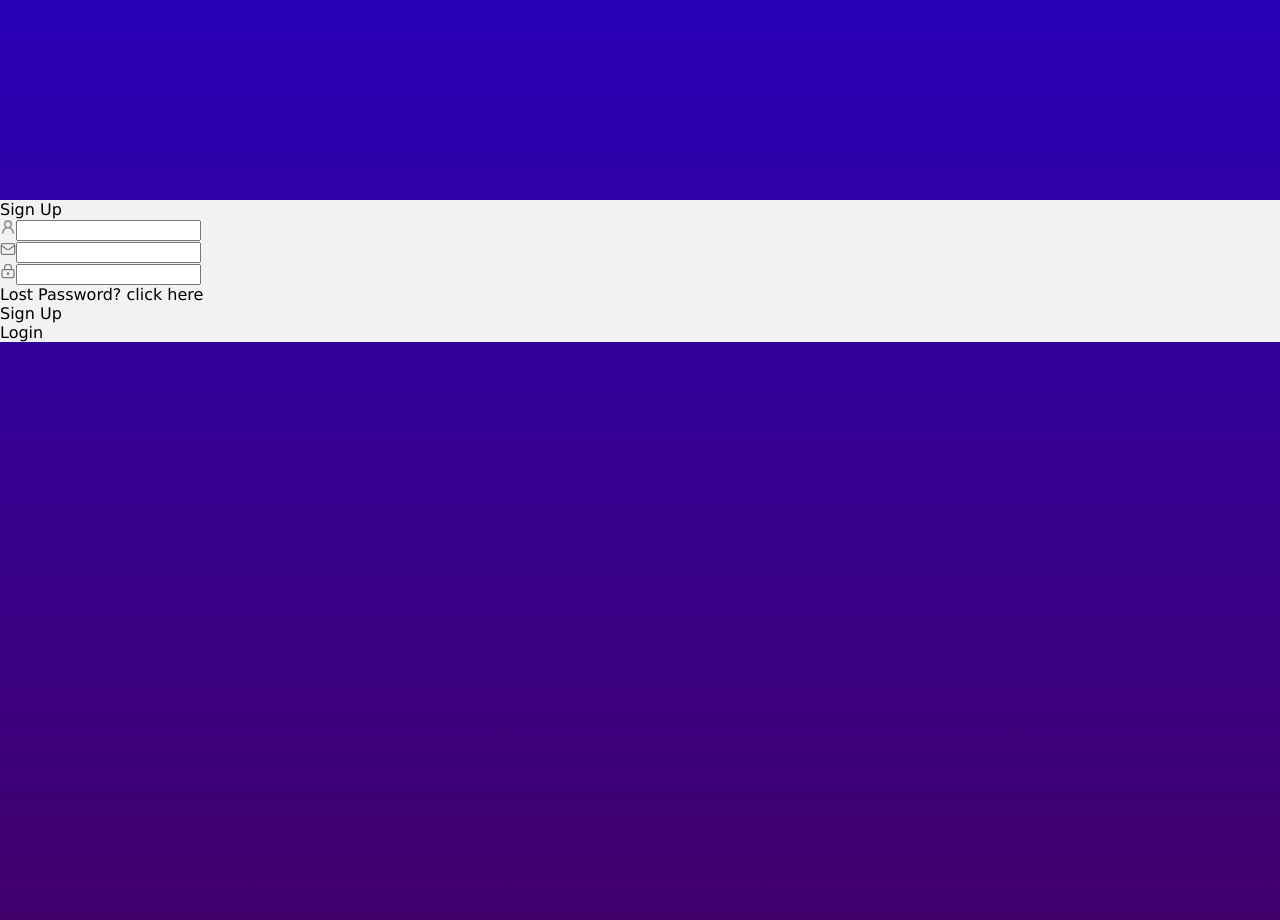
Repository: guilhermecardoso93/login-page
Page: /
These files come from the project's save history. The page is drawn as it stood at one moment and after the next save; the edit follows.
The browser window is 1280 px wide. The pictures show the whole page.
The project was rebuilt for these pictures with package versions that can differ from the ones it lists, and the page was loaded fresh each time. Also part of the build but not shown: vite.config.js.

Above is the page before, as saved 2024-10-22 19:17:48.

### index.html
<!doctype html>
<html lang="en">
  <head>
    <meta charset="UTF-8" />
    <link rel="icon" type="image/svg+xml" href="" />
    <meta name="viewport" content="width=device-width, initial-scale=1.0" />
    <title>Login | SignUp</title>
  </head>
  <body>
    <div id="root"></div>
    <script type="module" src="/src/main.jsx"></script>
  </body>
</html>

### src/App.jsx
import { Login } from "./components/Login/Login";

export default function App() {
  return (
    <>
      <Login />
    </>
  );
}

### src/index.css
body {
  margin: 0;
  font-family: 'Lucida Sans', 'Lucida Sans Regular', 'Lucida Grande', 'Lucida Sans Unicode', Geneva, Verdana, sans-serif;
  -webkit-font-smoothing: antialiased;
  -moz-osx-font-smoothing: grayscale;
  height: 100vh;
  background: linear-gradient(#2A00B7, #42006c);
}

code {
  font-family: source-code-pro, Menlo, Monaco, Consolas, "Courier New", monospace;
}

### src/components/Login/Login.jsx
import { UserRound, Mail, LockKeyhole } from "lucide-react";
import "./Login.css";

export const Login = () => {
  return (
    <div className="container">
      <header>
        <span>Sign Up</span>
        <div className="underline"></div>
      </header>{" "}
      <div className="inputs">
        <div className="input">
          <UserRound color="gray" size={16} />
          <input type="text" />
        </div>

        <div className="input">
          <Mail color="gray" size={16} />
          <input type="email" />
        </div>

        <div className="input">
          <LockKeyhole color="gray" size={16} />
          <input type="password" />
        </div>
      </div>
      <div className="forgot-password">
        Lost Password? <span>click here</span>
      </div>
      <div className="submit-container">
        <div className="submit">
          Sign Up
        </div>
        <div className="login">
          Login
        </div>
      </div>
    </div>
  );
};

### src/components/Login/Login.css
.container {
  display: flex;
  flex-direction: column;
  margin: auto;
  margin-top: 200px;
  background: #f2f2f2;
}

Loaded but not shown: src/main.jsx (common file)

After the next save:
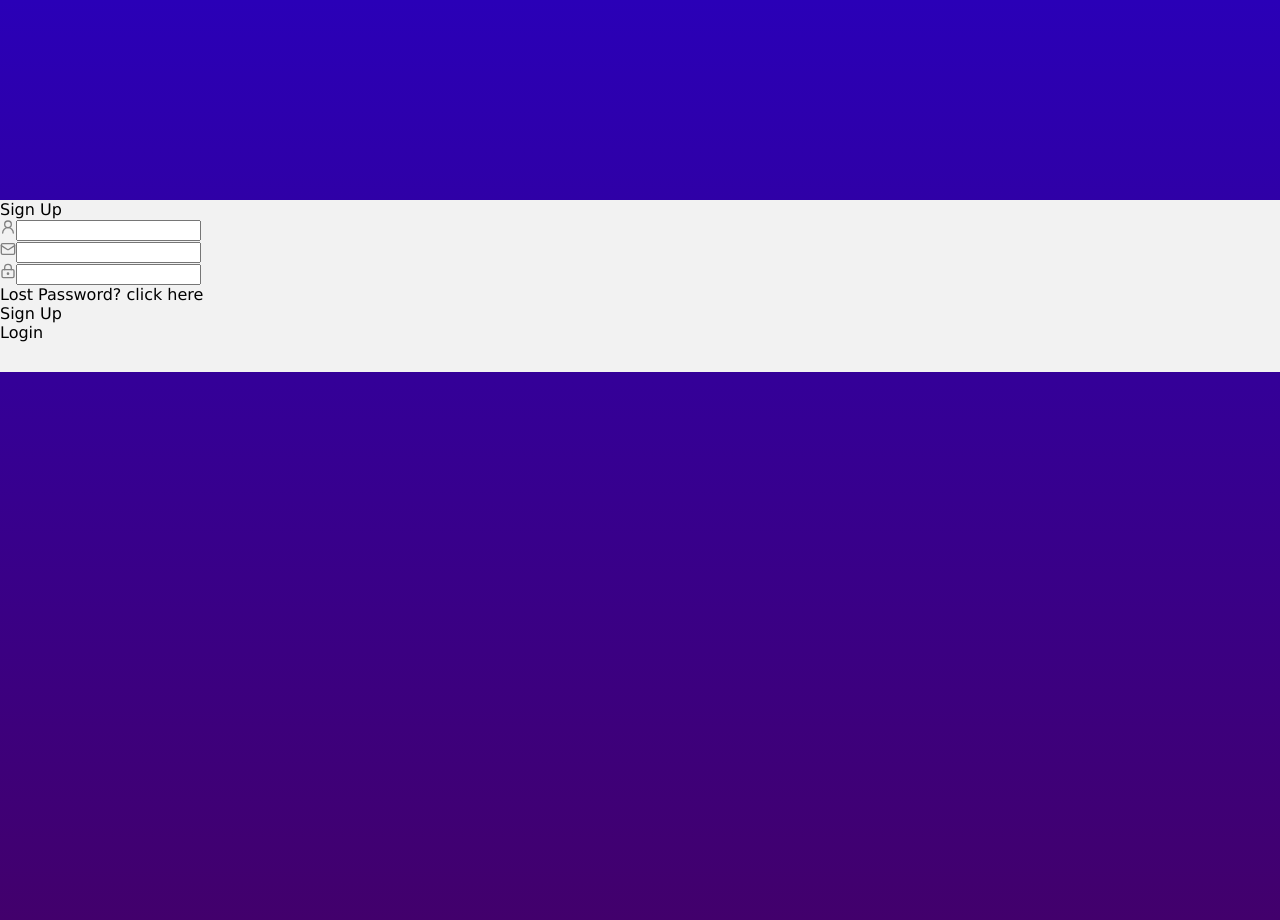
Saved 14 s later.
--- a/src/components/Login/Login.css
+++ b/src/components/Login/Login.css
@@ -4,4 +4,5 @@
   margin: auto;
   margin-top: 200px;
   background: #f2f2f2;
+  padding-bottom: 30px;
 }
